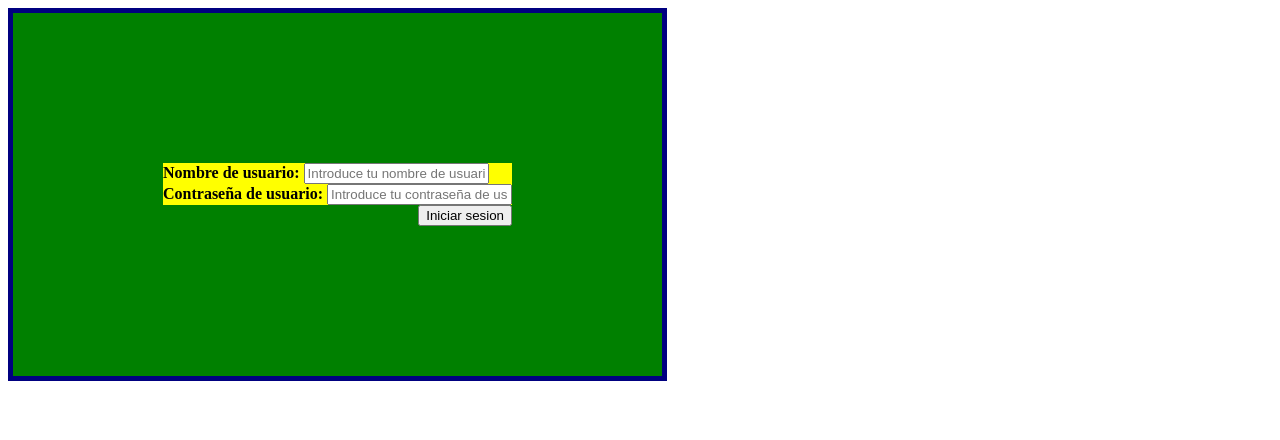
Repository: angegon/Developing-Applications-for-the-Java-EE-Platform
Page: javaee/08_ejemplo_fordward_login/WebContent/login.html
An editor plug-in stored every save of this project. The page is shown before and after the next save, followed by the edit.
The browser window is 1280 px wide. The pictures show the whole page.

Above is the page before, as saved 2016-12-21 16:01:15.

### javaee/08_ejemplo_fordward_login/WebContent/login.html
<!DOCTYPE html>
<html>
<head>
<meta charset="ISO-8859-1">
<title>Insert title here</title>
</head>
<body>

<form action="comprobarPassword" method="post">
<div style="float:left; background-color: green; padding: 150px ; border: 5px solid navy">

	<div style="background-color: yellow">
	<b>Nombre de usuario:</b> <input type="text" name="usuario" placeholder="Introduce tu nombre de usuario"/>
	</br>
	<b>Contraseña de usuario: </b><input type="password" name="password" placeholder="Introduce tu contraseña de usuario"/>
	</br>
	</div>

	<div style="float:right">
	<input type="submit" value="Iniciar sesion"/>
	</div>
</div>

</form>
</body>
</html>

After the next save:
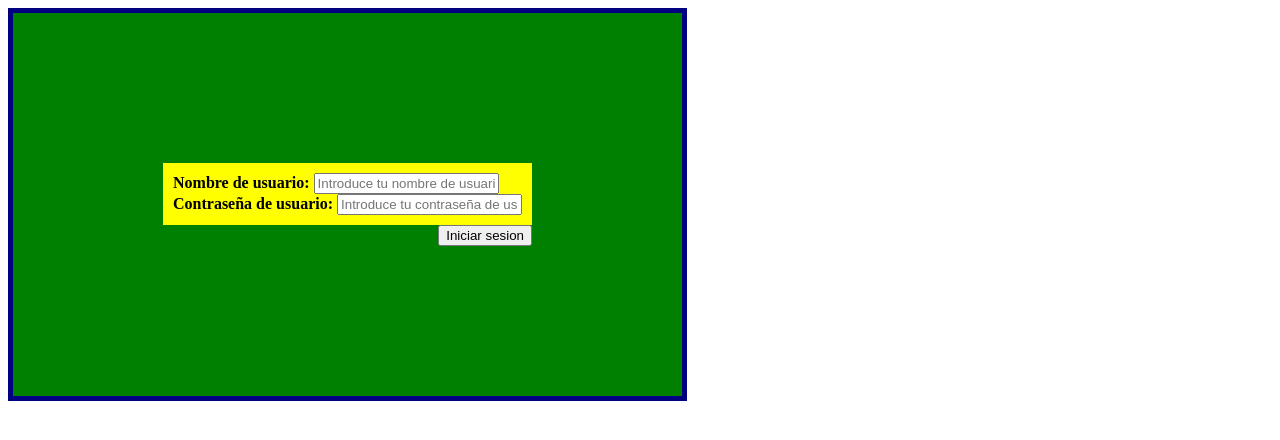
Saved 15 s later.
--- a/javaee/08_ejemplo_fordward_login/WebContent/login.html
+++ b/javaee/08_ejemplo_fordward_login/WebContent/login.html
@@ -9,7 +9,7 @@
 <form action="comprobarPassword" method="post">
 <div style="float:left; background-color: green; padding: 150px ; border: 5px solid navy">
 
-	<div style="background-color: yellow">
+	<div style="background-color: yellow; padding: 10px">
 	<b>Nombre de usuario:</b> <input type="text" name="usuario" placeholder="Introduce tu nombre de usuario"/>
 	</br>
 	<b>Contraseña de usuario: </b><input type="password" name="password" placeholder="Introduce tu contraseña de usuario"/>
